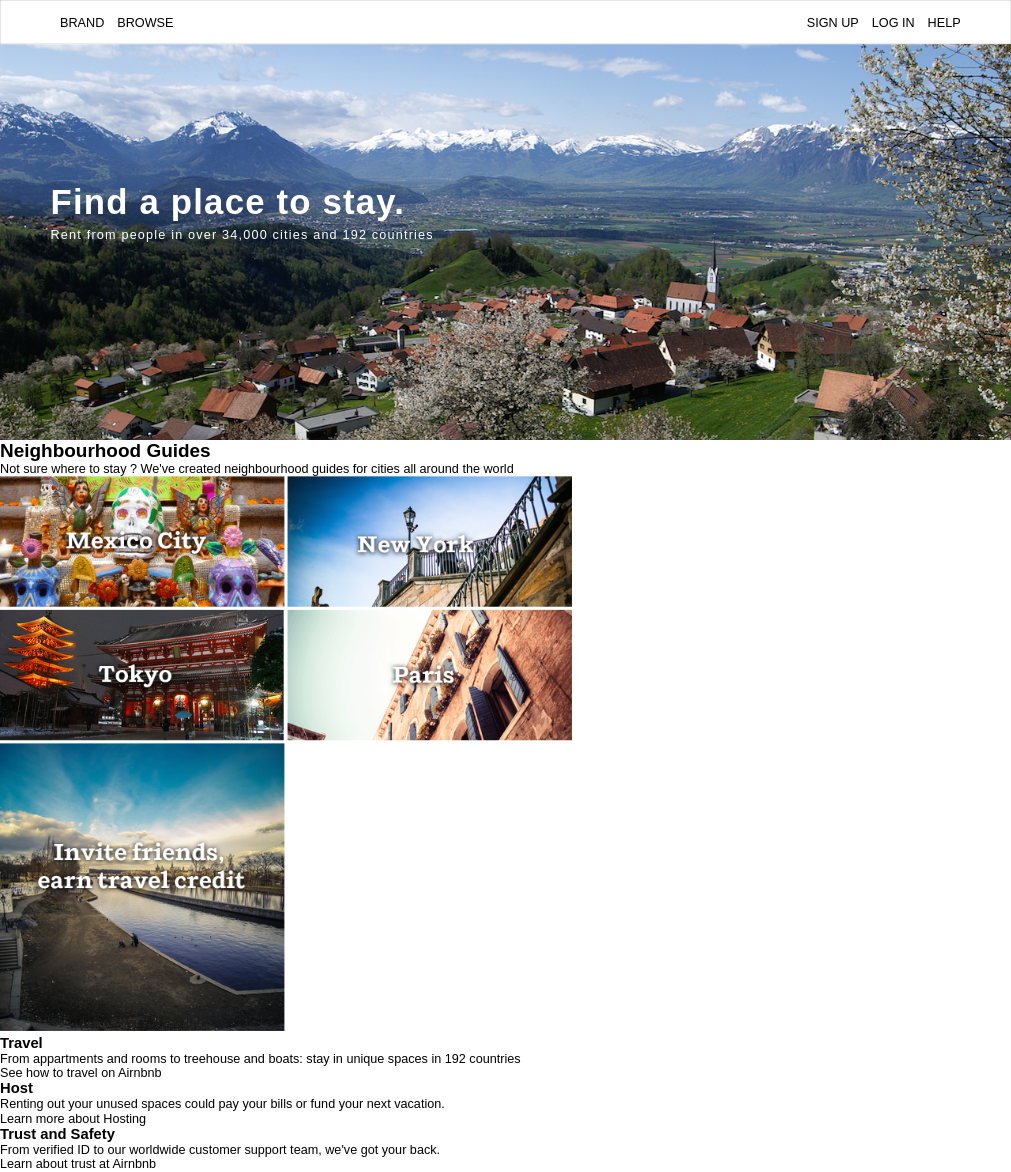
Repository: Naohonproject/web101x02_asm1
Page: Project2.html
An editor plug-in stored every save of this project. The page is shown before and after the next save, followed by the edit.
The browser window is 1280 px wide. The pictures show the whole page, at 79% of full size.

Above is the page before, as saved 2022-01-15 18:38:46.

After the next save:
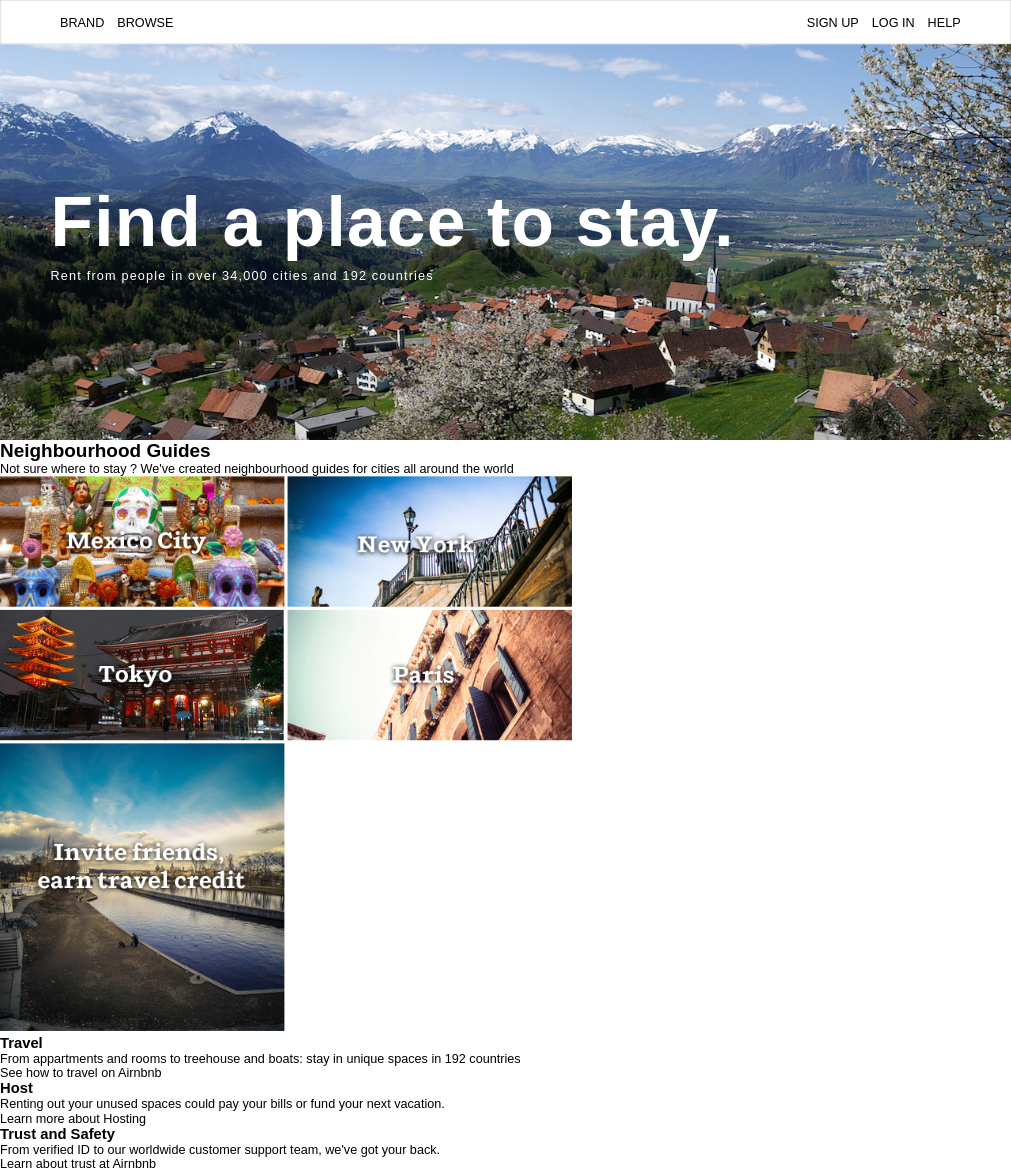
Saved 17 s later.
--- a/assets/css/style.css
+++ b/assets/css/style.css
@@ -99,6 +99,6 @@ html {
 	margin-bottom: 8px;
 }
 
-#banner h1 {
+#banner .content-heading {
 	font-size: 44px;
 }
